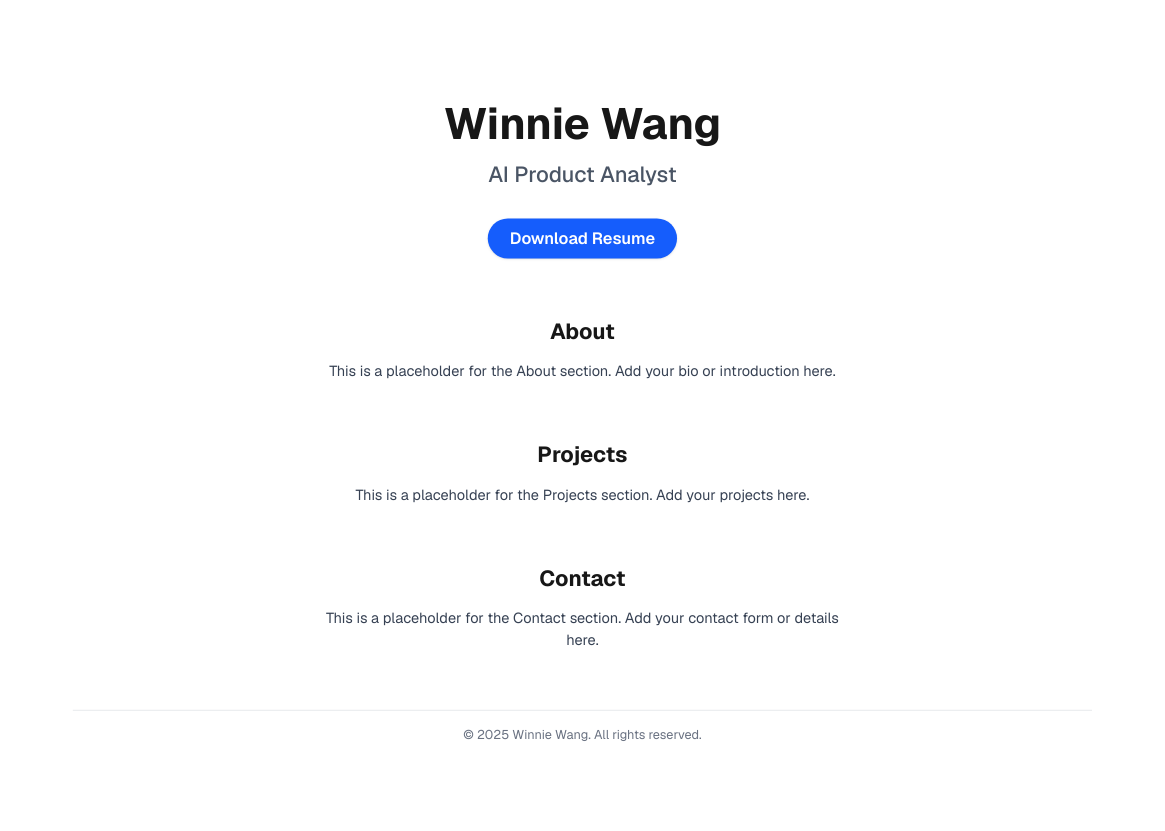
Repository: winniewyl/personal-portfolio
Page: /
An editor plug-in stored every save of this project. The page is shown before and after the next save, followed by the edit.
The browser window is 1280 px wide. The pictures show the whole page, at 91% of full size.
The project was rebuilt for these pictures with package versions that can differ from the ones it lists, and the page was loaded fresh each time. The framework's server and built-in components were replaced by stand-ins that run in the browser. Also part of the build but not shown: next.config.ts.

Above is the page before, as saved 2025-07-22 11:27:15.

After the next save:
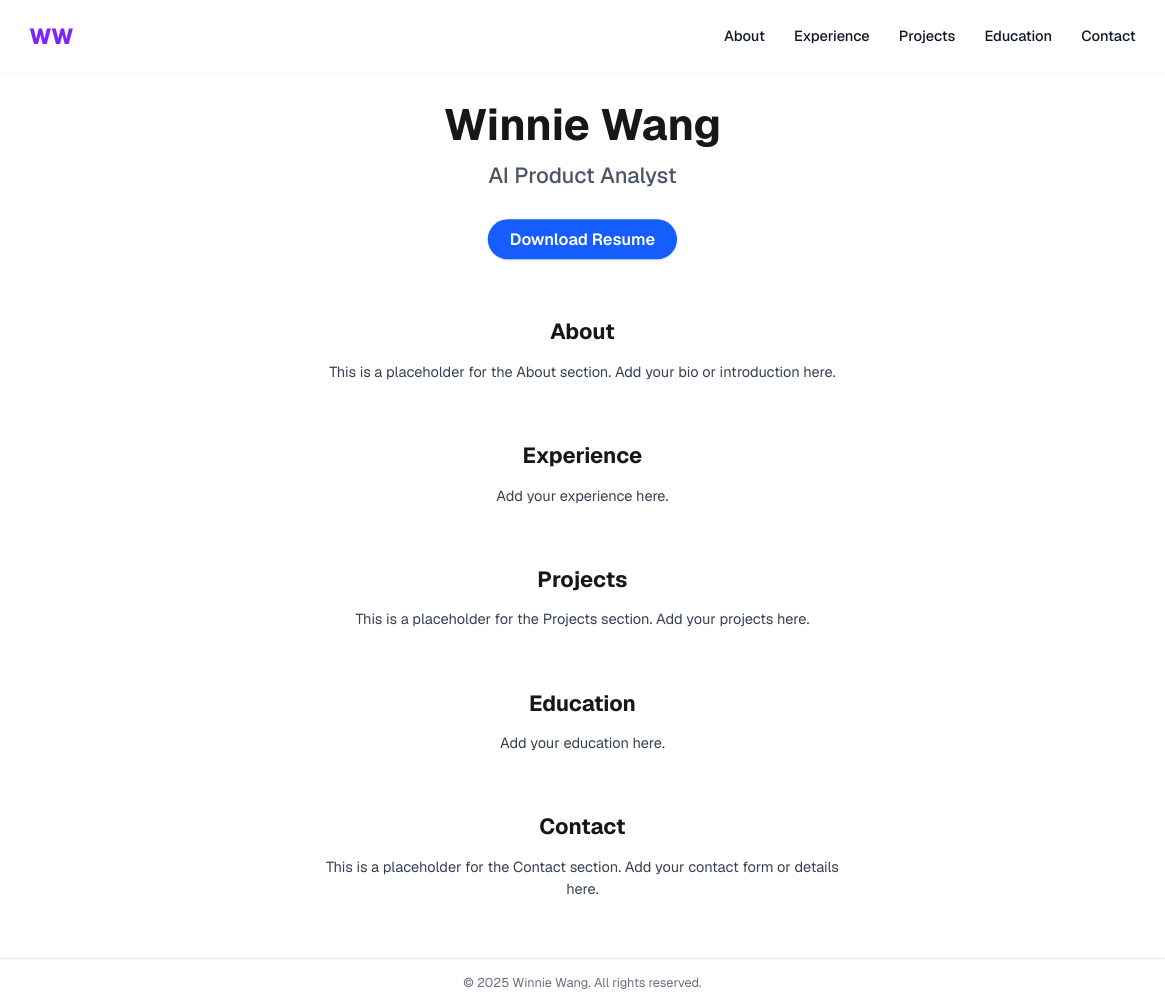
Saved 2 min 10 s later.
--- a/src/app/page.tsx
+++ b/src/app/page.tsx
@@ -6,15 +6,91 @@ import Footer from '../components/Footer';
 
 export default function Home() {
   return (
-    <div className="font-sans flex flex-col items-center justify-center min-h-screen p-8 sm:p-20">
-      <Hero
-        name="Winnie Wang"
-        role="AI Product Analyst"
-        resumeLink="/Winnie_Wang_Resume.pdf"
-      />
-      <About />
-      <Projects />
-      <Contact />
+    <div className="font-sans min-h-screen flex flex-col">
+      {/* Navbar */}
+      <nav className="w-full flex items-center justify-between py-6 px-8 border-b border-gray-100 dark:border-gray-800 bg-white/80 dark:bg-[#101010]/80 backdrop-blur z-10 sticky top-0">
+        <div className="text-2xl font-extrabold text-violet-600 tracking-tight">
+          WW
+        </div>
+        <ul className="flex gap-8 text-base font-medium text-gray-900 dark:text-white">
+          <li>
+            <a
+              href="#about"
+              className="hover:text-violet-600 transition-colors"
+            >
+              About
+            </a>
+          </li>
+          <li>
+            <a
+              href="#experience"
+              className="hover:text-violet-600 transition-colors"
+            >
+              Experience
+            </a>
+          </li>
+          <li>
+            <a
+              href="#projects"
+              className="hover:text-violet-600 transition-colors"
+            >
+              Projects
+            </a>
+          </li>
+          <li>
+            <a
+              href="#education"
+              className="hover:text-violet-600 transition-colors"
+            >
+              Education
+            </a>
+          </li>
+          <li>
+            <a
+              href="#contact"
+              className="hover:text-violet-600 transition-colors"
+            >
+              Contact
+            </a>
+          </li>
+        </ul>
+      </nav>
+      {/* Main Content */}
+      <main className="flex flex-col items-center flex-1 w-full px-4 sm:px-0">
+        <Hero
+          name="Winnie Wang"
+          role="AI Product Analyst"
+          resumeLink="/Winnie_Wang_Resume.pdf"
+        />
+        <section id="about" className="w-full">
+          <About />
+        </section>
+        {/* Placeholder for Experience */}
+        <section
+          id="experience"
+          className="w-full flex flex-col items-center py-8"
+        >
+          <h2 className="text-2xl font-bold mb-4">Experience</h2>
+          <p className="max-w-xl text-center text-gray-700 dark:text-gray-300">
+            Add your experience here.
+          </p>
+        </section>
+        <section id="projects" className="w-full">
+          <Projects />
+        </section>
+        <section
+          id="education"
+          className="w-full flex flex-col items-center py-8"
+        >
+          <h2 className="text-2xl font-bold mb-4">Education</h2>
+          <p className="max-w-xl text-center text-gray-700 dark:text-gray-300">
+            Add your education here.
+          </p>
+        </section>
+        <section id="contact" className="w-full">
+          <Contact />
+        </section>
+      </main>
       <Footer />
     </div>
   );
